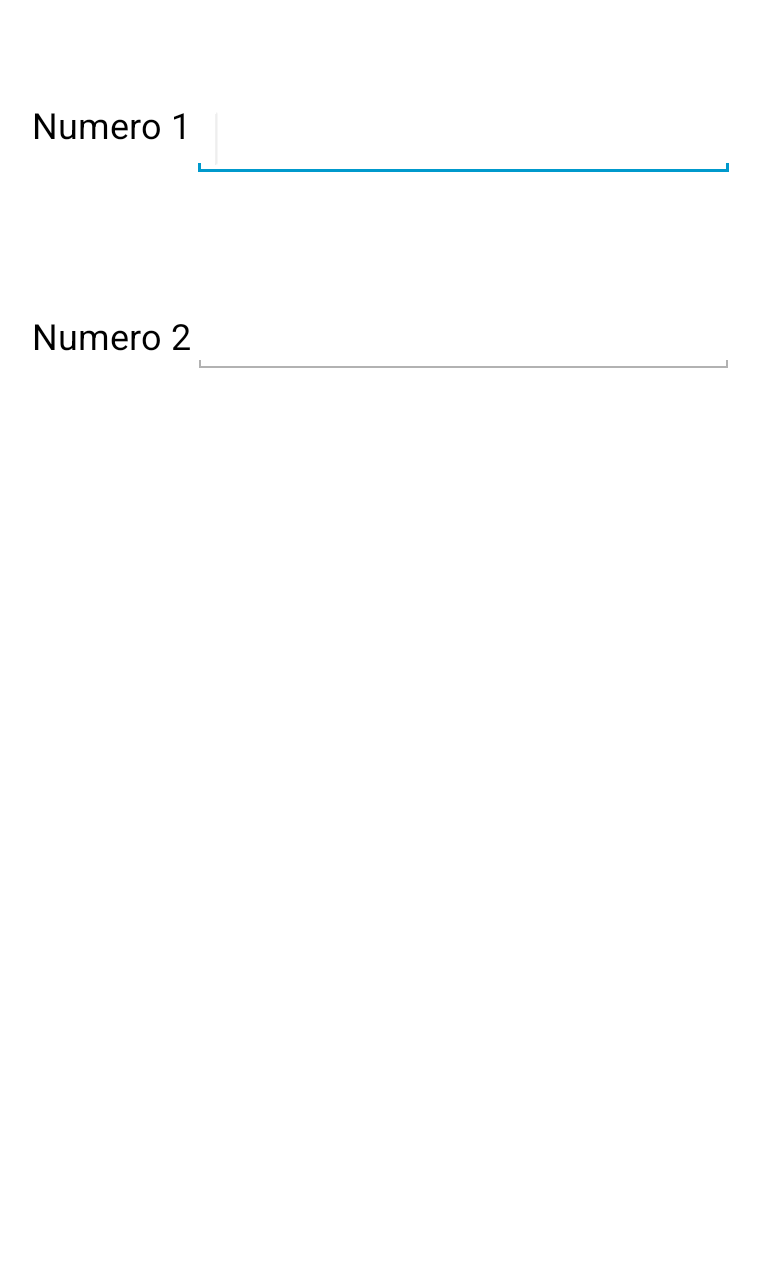
Repository: evervasquez/CursoAndroid
Layout: Precalculadora/res/layout/fragment_main.xml
An editor plug-in stored every save of this project. The layout is shown before and after the next save, followed by the edit.
It is drawn on a 768 x 1280 px phone screen (xhdpi) without system bars, with theme AppTheme; the app's code is not run.

Above is the layout before, as saved 2014-04-29 03:30:34.

After the next save:
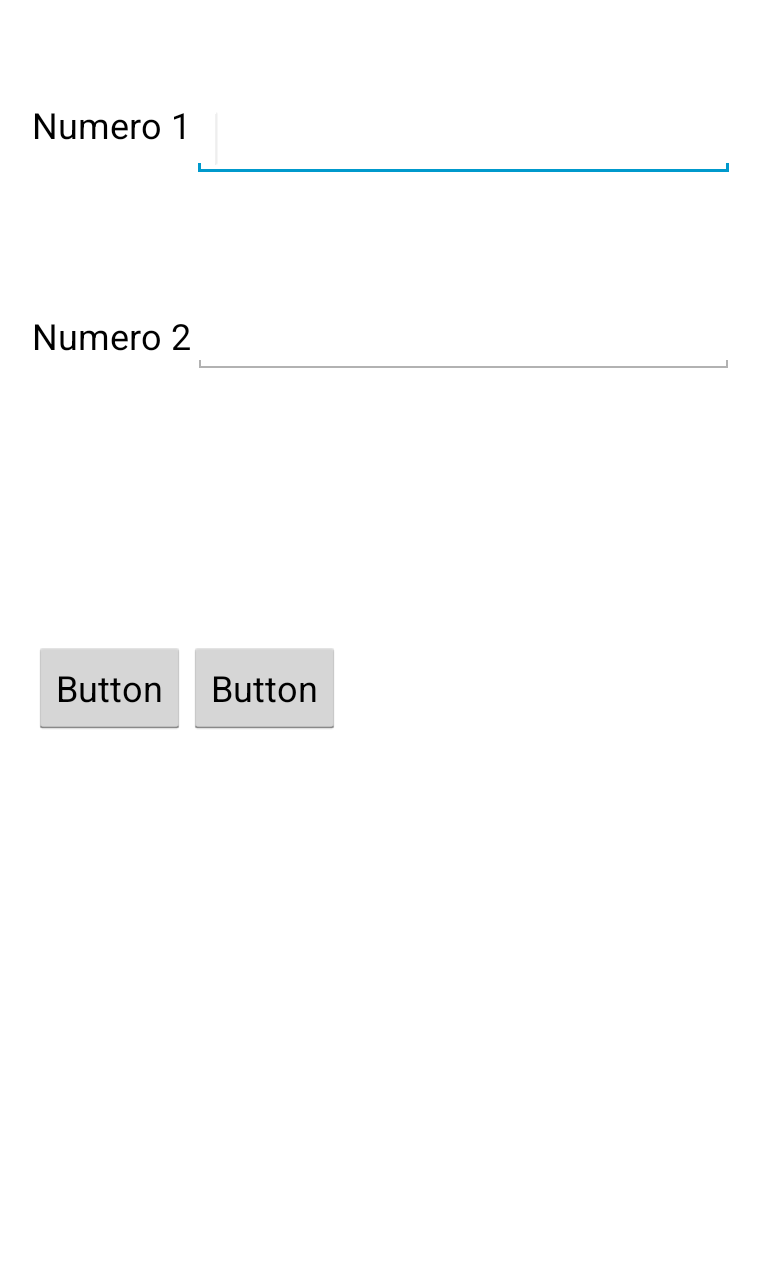
Saved 21 s later.
--- a/Precalculadora/res/layout/fragment_main.xml
+++ b/Precalculadora/res/layout/fragment_main.xml
@@ -66,8 +66,19 @@
         android:layout_width="fill_parent"
         android:layout_height="0dp"
         android:layout_weight="1"
-        android:orientation="vertical" >
+        android:orientation="horizontal" >
 
+		<Button
+		    android:id="@+id/button1"
+		    android:layout_width="wrap_content"
+		    android:layout_height="wrap_content"
+		    android:text="Button" />
+
+		<Button
+		    android:id="@+id/button2"
+		    android:layout_width="wrap_content"
+		    android:layout_height="wrap_content"
+		    android:text="Button" />
 
     </LinearLayout>
 </LinearLayout>
